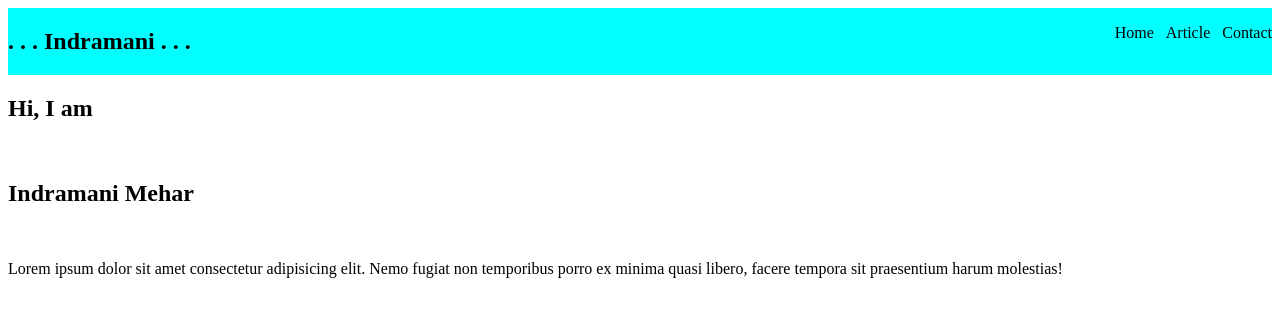
Repository: indramani7271/Indramani-First
Page: /
These files come from the project's save history. The page is drawn as it stood at one moment and after the next save; the edit follows.
The browser window is 1280 px wide. The pictures show the whole page.
The project was rebuilt for these pictures with package versions that can differ from the ones it lists, and the page was loaded fresh each time. Also part of the build but not shown: vite.config.js, src/index.css.

Above is the page before, as saved 2024-12-02 17:26:42.

After the next save:
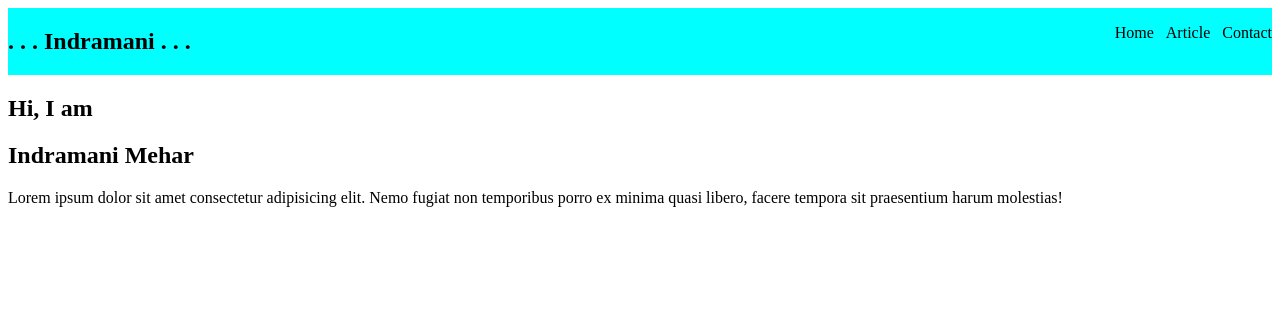
Saved 53 s later.
--- a/src/Component/Main.jsx
+++ b/src/Component/Main.jsx
@@ -2,8 +2,8 @@ function Main ()  {
 
   return (
     <div>
-        <h2 > Hi, I am     </h2><br></br>
-        <h2> Indramani Mehar</h2><br/>
+        <h2 > Hi, I am     </h2>
+        <h2> Indramani Mehar</h2>
         <p>Lorem ipsum dolor sit amet consectetur adipisicing elit. Nemo fugiat non temporibus porro ex minima quasi libero, facere tempora sit praesentium harum molestias!</p>
     </div>
   )
